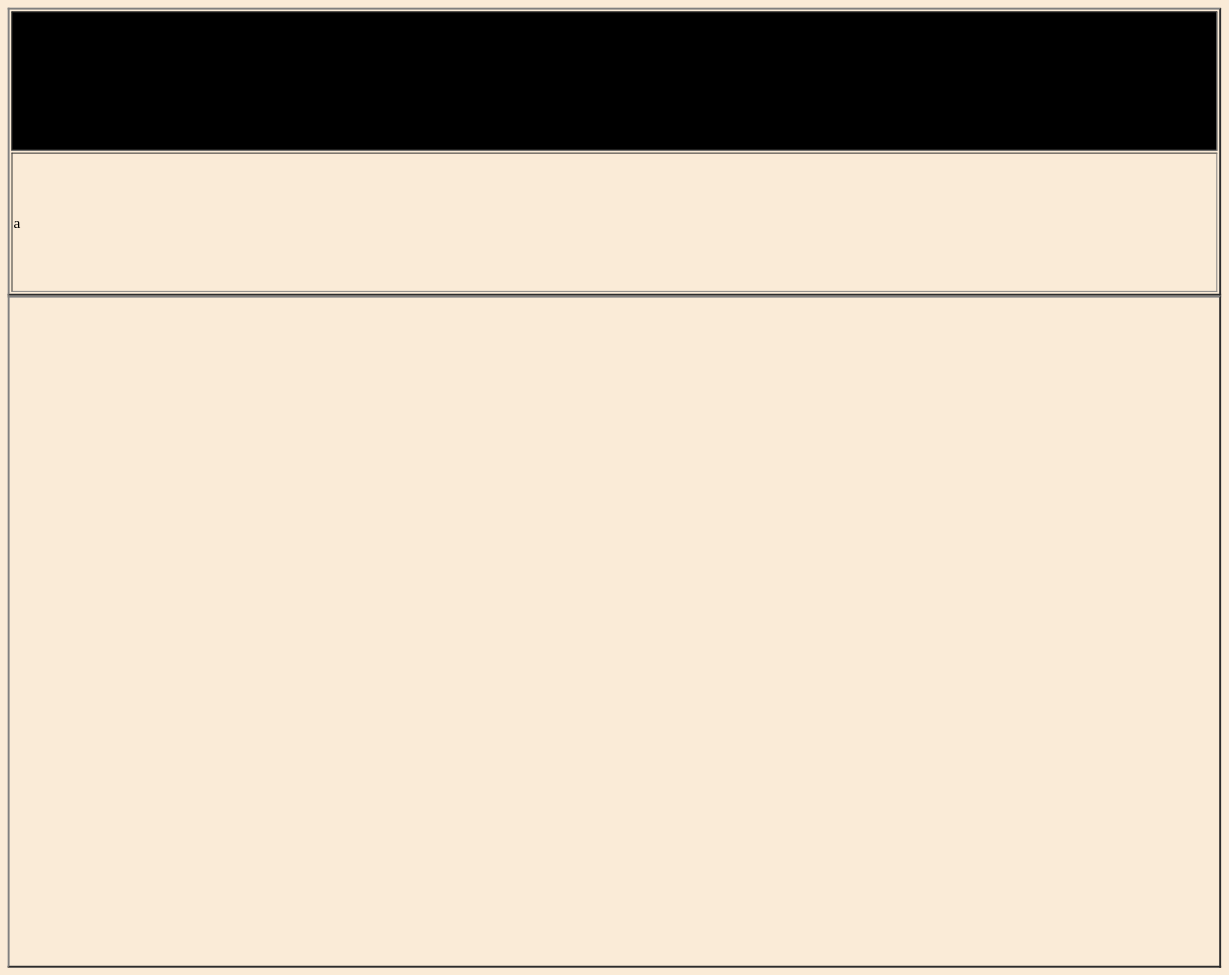
Repository: DAXMZB/Project
Page: http://localhost/SP2/
These files come from the project's save history. The page is drawn as it stood at one moment and after the next save; the edit follows.
The browser window is 1280 px wide. The pictures show the whole page, at 96% of full size.
The page is served by Tomcat 9. Other server files are loaded and not shown.

Above is the page before, as saved 2026-02-04 11:55:48.

### SP2/src/main/webapp/index.jsp
<%@ page language="java" contentType="text/html; charset=UTF-8"
	pageEncoding="UTF-8"%>
<!DOCTYPE html>
<html>
<head>
<meta charset="UTF-8">
<title>Insert title here</title>
<script src="https://code.jquery.com/jquery-3.7.1.min.js"></script>
</head>
<body bgcolor="#faebd7">
	<table width="100%" border="2" align="center" height=300>
		<tr bgcolor=black><td>s</td></tr>
		<tr><td>a</td></tr>
	</table>
	<table width="100%" border="2" height=700>
		<tr ></tr>
	</table>
</body>
</html>

After the next save:
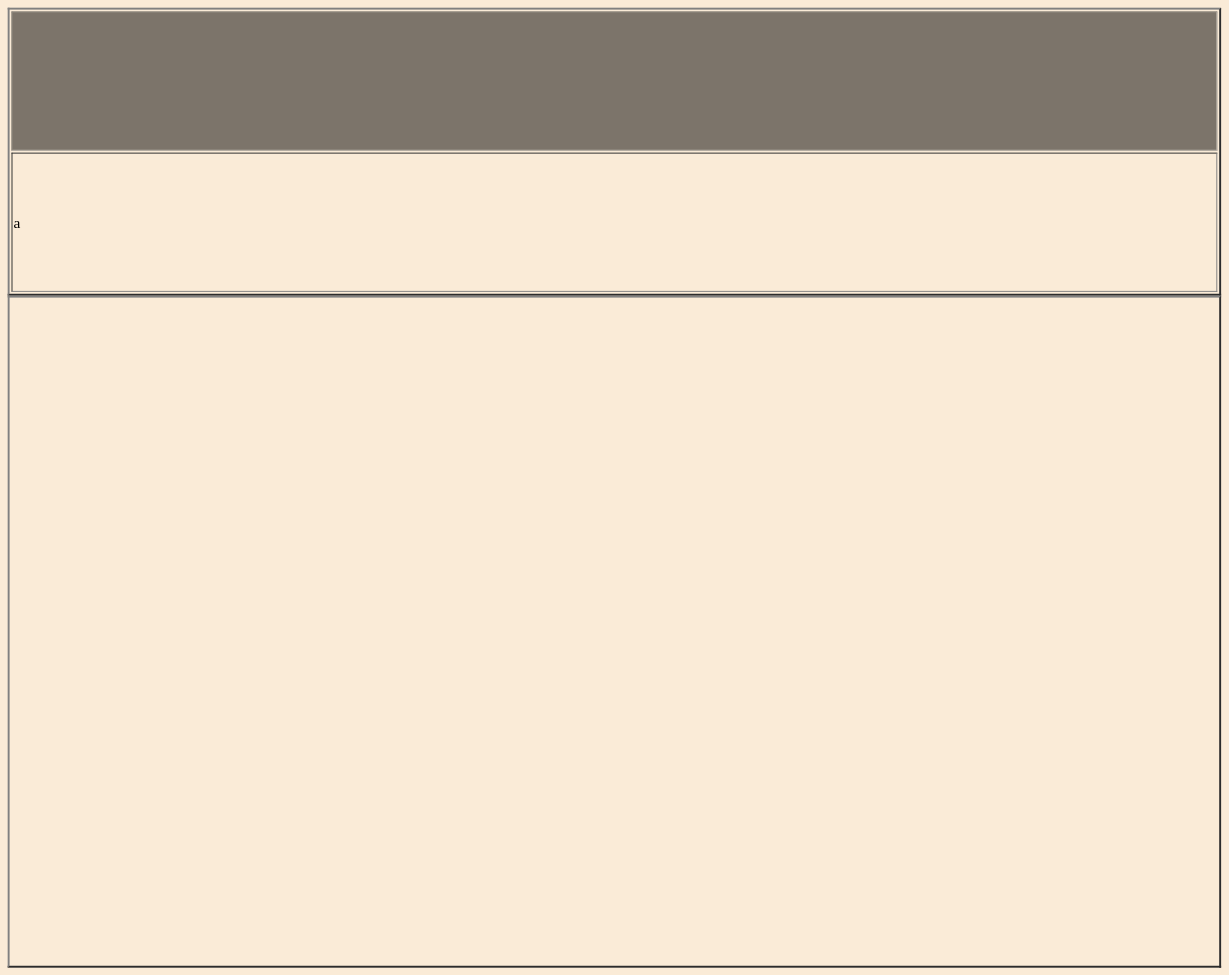
Saved 119 s later.
--- a/SP2/src/main/webapp/index.jsp
+++ b/SP2/src/main/webapp/index.jsp
@@ -9,7 +9,7 @@
 </head>
 <body bgcolor="#faebd7">
 	<table width="100%" border="2" align="center" height=300>
-		<tr bgcolor=black><td>s</td></tr>
+		<tr bgcolor=black style="opacity:0.5;"><td>s</td></tr>
 		<tr><td>a</td></tr>
 	</table>
 	<table width="100%" border="2" height=700>
